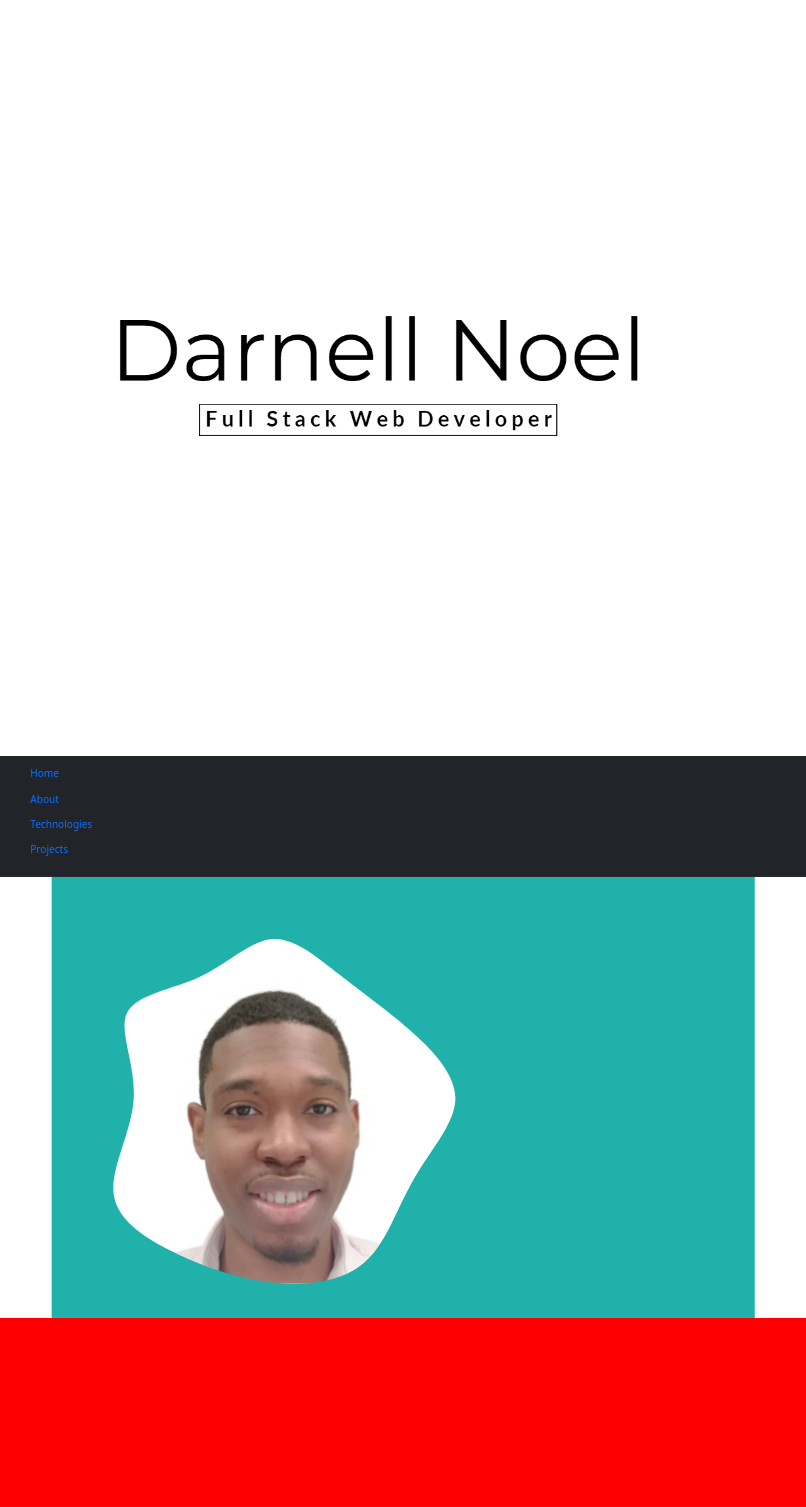
Repository: DNoel26/My_Dev_Portfolio
Page: index.html
These files come from the project's save history. The page is drawn as it stood at one moment and after the next save; the edit follows.
The browser window is 1280 px wide. The pictures show the whole page, at 63% of full size.

Above is the page before, as saved 2021-01-28 18:18:08.

### index.html
<!DOCTYPE html>
<html lang="en">
<head>
    <meta charset="UTF-8">
    <meta name="viewport" content="width=device-width, initial-scale=1.0">
    <title>Homepage | Darnell Noel | Professional Portfolio | Full Stack Web Development</title>
    <link href="https://cdn.jsdelivr.net/npm/bootstrap@5.0.0-beta1/dist/css/bootstrap.min.css" rel="stylesheet" integrity="sha384-giJF6kkoqNQ00vy+HMDP7azOuL0xtbfIcaT9wjKHr8RbDVddVHyTfAAsrekwKmP1" crossorigin="anonymous">
    <link rel="stylesheet" href="/css/style.css">
</head>
<body>
    <header>
        <div>
            <nav class="">
                <!--Logo-->
                <a href="/" class="navbar-brand"><img src="/img/Darnell Noel-logos_black.png" alt="Darnell Noel's Full Stack Web Development Logo for his portfolio" class="img-fluid"></a>
            </nav>
            <nav class="navbar navbar-expand-md bg-dark navbar-dark">
                <!--Nav Links-->
                <ul>
                    <li class="nav-item">
                        <a href="/" class="nav-link">Home</a>
                    </li>
                    <li class="nav-item">
                        <a href="#about" class="nav-link">About</a>
                    </li>
                    <li class="nav-item">
                        <a href="#technologies" class="nav-link">Technologies</a>
                    </li>
                    <li class="nav-item">
                        <a href="#projects" class="nav-link">Projects</a>
                    </li>
                </ul>
            </nav>
        </div>
    </header>
    <main>
        <div>
            <section class="container hero">
                <div class="mx-auto">
                    <!--<img src="/img/profile_pic.jpg" alt="Darnell Noel's profile pic" class="prof-pic svg-clip">-->
                    <svg viewBox="0 0 200 200" xmlns="http://www.w3.org/2000/svg">
                        <defs>
                            <pattern id="img-pattern" x="-0.15" y="0" width="1.15" height="1">
                                <image href="/img/profile_pic_white_bg.jpg"/>
                            </pattern>
                        </defs>
                        <path fill="url(#img-pattern)" d="M30.8,-55.5C40.8,-47.6,50.2,-41,60.8,-32C71.3,-23,82.9,-11.5,83.1,0.1C83.2,11.7,72,23.4,64.2,37.1C56.3,50.7,51.8,66.4,41.7,75C31.6,83.7,15.8,85.4,0.8,84C-14.1,82.5,-28.2,77.9,-42.1,71.4C-56.1,64.9,-69.9,56.6,-71.8,44.4C-73.7,32.2,-63.7,16.1,-62.8,0.6C-61.8,-15,-69.9,-30,-65.8,-38.4C-61.7,-46.9,-45.5,-48.8,-32.5,-54.9C-19.5,-61,-9.8,-71.3,0.3,-71.9C10.4,-72.4,20.9,-63.3,30.8,-55.5Z" transform="translate(100 100)" />

                        <!--<defs>
                            <clipPath id="svg-clip">
                                <path d="M45.8,-76.7C59.5,-71.3,70.9,-59.4,77.1,-45.6C83.2,-31.7,84.1,-15.8,84.8,0.4C85.4,16.6,85.9,33.2,78.2,44.4C70.5,55.6,54.6,61.4,40.2,65.7C25.9,70.1,12.9,72.9,-0.9,74.5C-14.7,76,-29.4,76.2,-41.2,70.4C-53,64.5,-61.8,52.7,-69.1,39.9C-76.3,27.2,-82,13.6,-82.4,-0.2C-82.7,-14,-77.7,-28,-69.4,-38.9C-61,-49.7,-49.4,-57.5,-37.2,-63.8C-25.1,-70,-12.6,-74.8,1.7,-77.8C16,-80.8,32,-82,45.8,-76.7Z" transform="translate(100 100)" />
                            </clipPath>
                        </defs>-->
                    </svg>
                </div>
            </section>
        </div>
    </main>
    <footer>
        <div class="container-fluid">

        </div>
    </footer>
    <script src="https://cdn.jsdelivr.net/npm/bootstrap@5.0.0-beta1/dist/js/bootstrap.bundle.min.js" integrity="sha384-ygbV9kiqUc6oa4msXn9868pTtWMgiQaeYH7/t7LECLbyPA2x65Kgf80OJFdroafW" crossorigin="anonymous"></script>
</body>
</html>

### css/style.css
header {
    /*height: 150px;
    background-color: blue;*/
}

footer {
    background-color: red;
    height: 300px;
}

.hero > div:first-child {
    height: 700px;
    background-color: lightseagreen;
}

.prof-pic.svg-clip {
    height: 100%;
    -webkit-clip-path: url(#svg-clip);
    clip-path: url(#svg-clip);
}

svg,
svg image {
    height: 100%;
    width: auto;
}

After the next save:
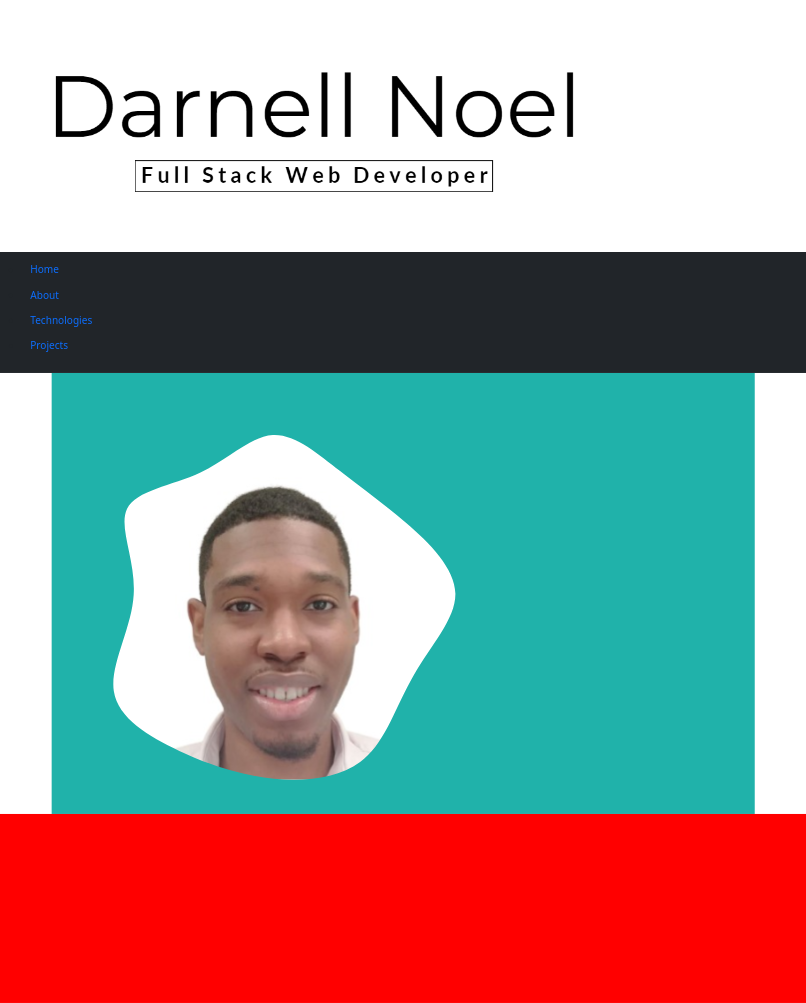
Saved 2 min 25 s later.
--- a/index.html
+++ b/index.html
@@ -12,7 +12,7 @@
         <div>
             <nav class="">
                 <!--Logo-->
-                <a href="/" class="navbar-brand"><img src="/img/Darnell Noel-logos_black.png" alt="Darnell Noel's Full Stack Web Development Logo for his portfolio" class="img-fluid"></a>
+                <a href="/" class="navbar-brand"><img src="/img/Darnell Noel-logos_black_sm.png" alt="Darnell Noel's Full Stack Web Development Logo for his portfolio" class="img-fluid"></a>
             </nav>
             <nav class="navbar navbar-expand-md bg-dark navbar-dark">
                 <!--Nav Links-->
